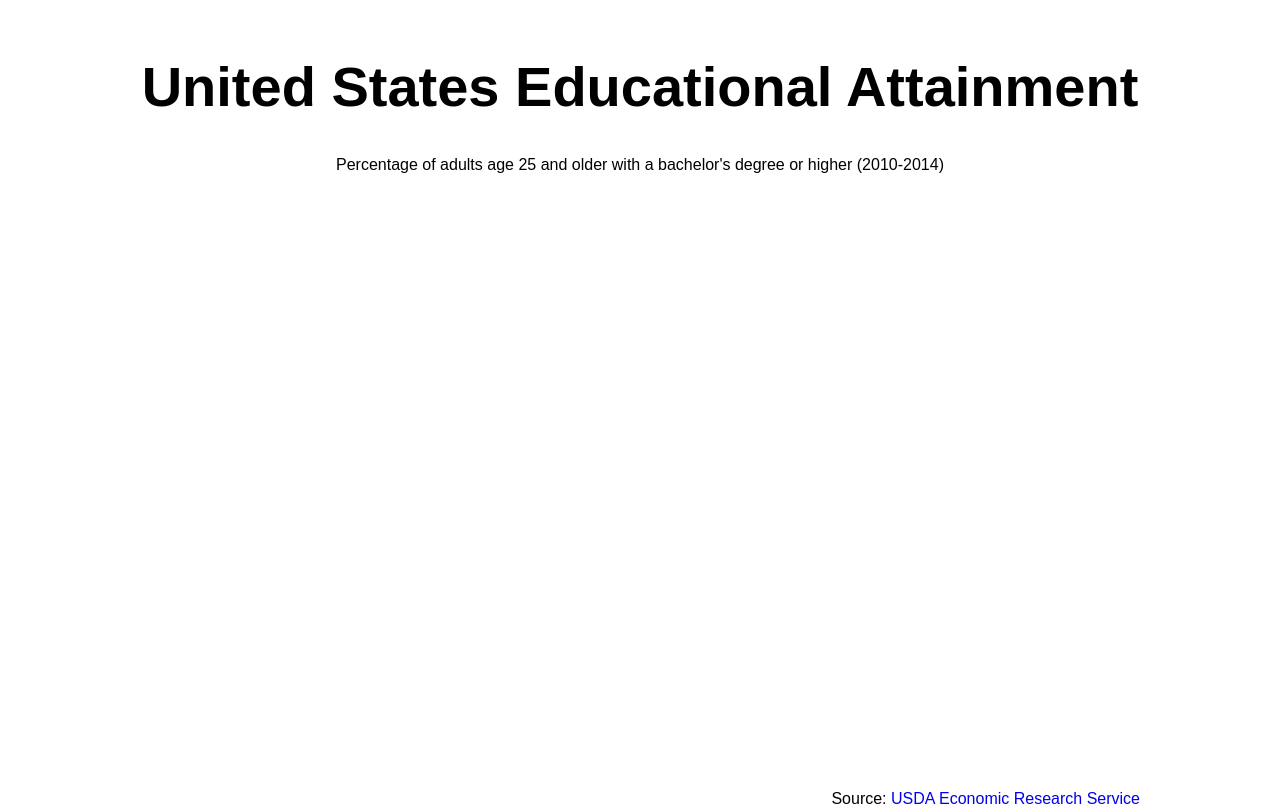
Repository: inv-Ayiba/D3
Page: ChoroplethStolenFCC.html
The author's editor kept a copy of each file at every save. The page is drawn from the files as they stood at one save, then again after the next save.
The browser window is 1280 px wide. The pictures show the whole page.
The page's requests for data from a server got no answer. Some web libraries are served in a nearby version.

Above is the page before, as saved 2022-04-28 17:52:42.

### ChoroplethStolenFCC.html

<!DOCTYPE html>
<style>
  html,body {
    padding: 0;
    margin: 0;
  }

  body {
    display: flex;
    justify-content: center;
    font-family: 'Arial';
  }

  #main {
    width: 1000px;
    display: flex;
    padding-top: 1rem;
    flex-direction: column;
    align-items: center;
  }

  .counties {
    fill: none;
  }

  .states {
    fill: none;
    stroke: #fff;
    stroke-linejoin: round;
  }

  div.tooltip {
    position: absolute;
    padding: 10px;
    font: 12px Arial;
    background: rgba(255, 255, 204, 0.9);
    box-shadow: 1px 1px 10px rgba(128, 128, 128, 0.6);
    border: 0px;
    border-radius: 2px;
    pointer-events: none;
  }

  #title {
    font-size: 3.5rem;
  }

  #description {
    text-align: center;
  }

  #source {
    align-self: flex-end;
    margin-top: 1rem;
  }

  a {
    text-decoration: none;
  }


</style>

<head>



  <!-- <script src="/d3-7.3.0/package/dist/d3.min.js"></script> -->
  <script src="https://cdnjs.cloudflare.com/ajax/libs/d3/7.0.4/d3.min.js"></script>

  <!-- <script src="https://cdn.jsdelivr.net/npm/d3-scale-chromatic@3.0.0/dist/d3-scale-chromatic.min.js"></script> -->

  <script>
    /* global d3, topojson */
  /* eslint-disable max-len */

  // eslint-disable-next-line no-unused-vars
  const projectName = 'choropleth';
  console.log("working")
  // coded by @paycoguy & @ChristianPaul (github)

  // Define body
  var body = d3.select('body');

  var svg = d3.select('svg');

  // Define the div for the tooltip
  var tooltip = body
    .append('div')
    .attr('class', 'tooltip')
    .attr('id', 'tooltip')
    .style('opacity', 0);

  var path = d3.geoPath();

  var x = d3.scaleLinear().domain([2.6, 75.1]).rangeRound([600, 860]);

  var color = d3
    .scaleThreshold()
    .domain(d3.range(2.6, 75.1, (75.1 - 2.6) / 8))
    .range(d3.schemeGreens[9]);

  var g = svg
    .append('g')
    .attr('class', 'key')
    .attr('id', 'legend')
    .attr('transform', 'translate(0,40)');

  g.selectAll('rect')
    .data(
      color.range().map(function (d) {
        d = color.invertExtent(d);
        if (d[0] === null) {
          d[0] = x.domain()[0];
        }
        if (d[1] === null) {
          d[1] = x.domain()[1];
        }
        return d;
      })
    )
    .enter()
    .append('rect')
    .attr('height', 8)
    .attr('x', function (d) {
      return x(d[0]);
    })
    .attr('width', function (d) {
      return d[0] && d[1] ? x(d[1]) - x(d[0]) : x(null);
    })
    .attr('fill', function (d) {
      return color(d[0]);
    });

  g.append('text')
    .attr('class', 'caption')
    .attr('x', x.range()[0])
    .attr('y', -6)
    .attr('fill', '#000')
    .attr('text-anchor', 'start')
    .attr('font-weight', 'bold');

  g.call(
    d3
      .axisBottom(x)
      .tickSize(13)
      .tickFormat(function (x) {
        return Math.round(x) + '%';
      })
      .tickValues(color.domain())
  )
    .select('.domain')
    .remove();

  const EDUCATION_FILE ='https://raw.githubusercontent.com/no-stack-dub-sack/testable-projects-fcc/master/src/data/choropleth_map/for_user_education.json';
  const COUNTY_FILE ='https://raw.githubusercontent.com/no-stack-dub-sack/testable-projects-fcc/master/src/data/choropleth_map/counties.json';

  Promise.all([d3.json(COUNTY_FILE), d3.json(EDUCATION_FILE)])
    .then((data) => ready(data[0], data[1]))
    .catch((err) => console.log(err));

  function ready(us, education) {
    svg
      .append('g')
      .attr('class', 'counties')
      .selectAll('path')
      .data(topojson.feature(us, us.objects.counties).features)
      .enter()
      .append('path')
      .attr('class', 'county')
      .attr('data-fips', function (d) {
        return d.id;
      })
      .attr('data-education', function (d) {
        var result = education.filter(function (obj) {
          return obj.fips === d.id;
        });
        if (result[0]) {
          return result[0].bachelorsOrHigher;
        }
        // could not find a matching fips id in the data
        console.log('could find data for: ', d.id);
        return 0;
      })
      .attr('fill', function (d) {
        var result = education.filter(function (obj) {
          return obj.fips === d.id;
        });
        if (result[0]) {
          return color(result[0].bachelorsOrHigher);
        }
        // could not find a matching fips id in the data
        return color(0);
      })
      .attr('d', path)
      .on('mouseover', function (event, d) {
        tooltip.style('opacity', 0.9);
        tooltip
          .html(function () {
            var result = education.filter(function (obj) {
              return obj.fips === d.id;
            });
            if (result[0]) {
              return (
                result[0]['area_name'] +
                ', ' +
                result[0]['state'] +
                ': ' +
                result[0].bachelorsOrHigher +
                '%'
              );
            }
            // could not find a matching fips id in the data
            return 0;
          })
          .attr('data-education', function () {
            var result = education.filter(function (obj) {
              return obj.fips === d.id;
            });
            if (result[0]) {
              return result[0].bachelorsOrHigher;
            }
            // could not find a matching fips id in the data
            return 0;
          })
          .style('left', event.pageX + 10 + 'px')
          .style('top', event.pageY - 28 + 'px');
      })
      .on('mouseout', function () {
        tooltip.style('opacity', 0);
      });

    svg
      .append('path')
      .datum(
        topojson.mesh(us, us.objects.states, function (a, b) {
          return a !== b;
        })
      )
      .attr('class', 'states')
      .attr('d', path);
  }

  </script>



  <title id="title">Choropleth</title>
</head>
<body>
  <!-- <script src="https://cdn.freecodecamp.org/testable-projects-fcc/v1/bundle.js"></script> -->

  <script src="https://cdnjs.cloudflare.com/ajax/libs/topojson/3.0.2/topojson.min.js"></script>


<div id="main">
  <h1 id="title">United States Educational Attainment</h1>
  <div id="description">
    Percentage of adults age 25 and older with a bachelor's degree or higher
    (2010-2014)
  </div>




  <svg width="960" height="600"></svg>
  <div id="source">
    Source:
    <a
      href="https://www.ers.usda.gov/data-products/county-level-data-sets/download-data.aspx"
      >USDA Economic Research Service</a
    >
  </div>
</div>
</body>

</html>

After the next save:
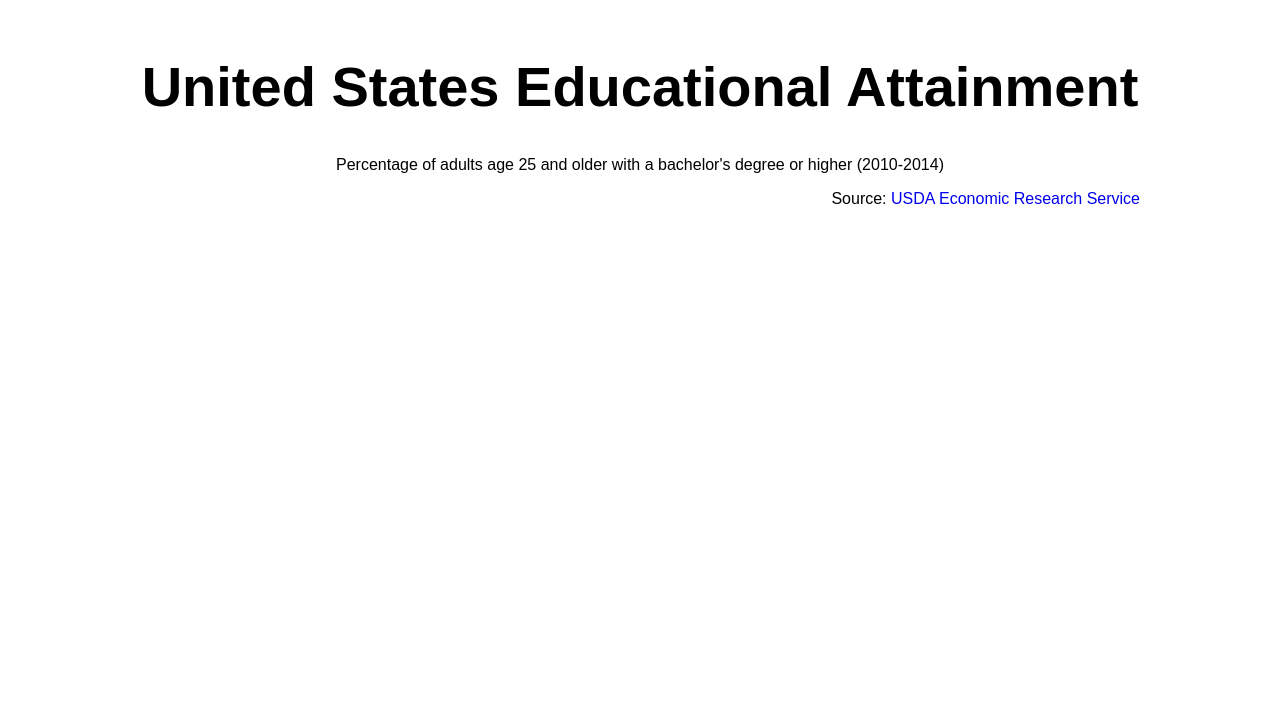
Saved 19 s later.
--- a/ChoroplethStolenFCC.html
+++ b/ChoroplethStolenFCC.html
@@ -263,7 +263,7 @@
 
 
 
-  <svg width="960" height="600"></svg>
+  <!-- <svg width="960" height="600"></svg> -->
   <div id="source">
     Source:
     <a
